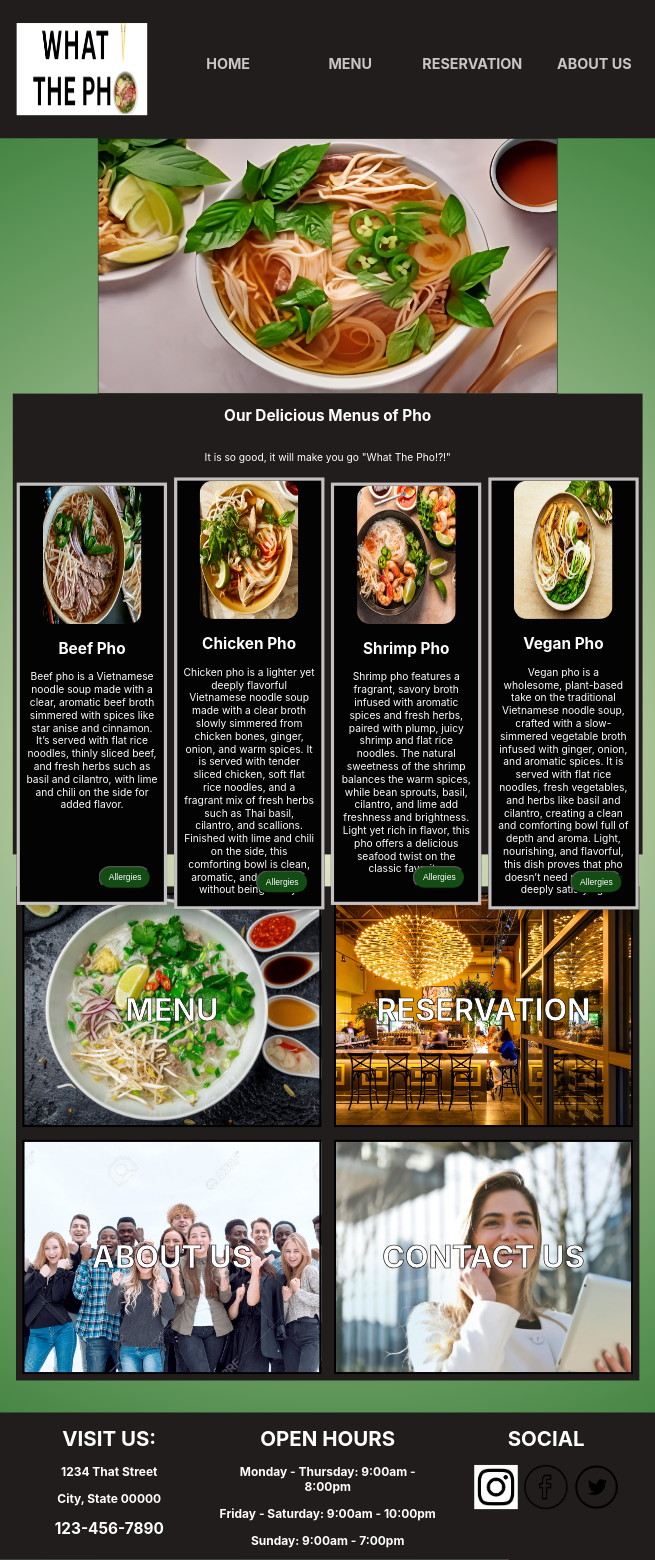
Repository: NguyenkhDang/Restaurant-Website
Page: /
These files come from the project's save history. The page is drawn as it stood at one moment and after the next save; the edit follows.
The browser window is 1024 px wide. The pictures show the whole page, at 64% of full size.
The project was rebuilt for these pictures with package versions that can differ from the ones it lists, and the page was loaded fresh each time. Also part of the build but not shown: src/Pages/MenuPage.js, src/CSS/ReservationForm.css, src/ReservationForm.js, src/Pages/ReservationPage.js, src/CSS/AboutUs.css, src/Pages/AboutUsPage.js, src/CSS/ContactUs.css, src/Pages/ContactUsPage.js.

Above is the page before, as saved 2026-01-18 23:28:59.

### src/index.js
import React from 'react';
import ReactDOM from 'react-dom/client';
import './index.css';
import App from './App';
import reportWebVitals from './reportWebVitals';
import { BrowserRouter } from "react-router-dom";


const root = ReactDOM.createRoot(document.getElementById("root"));
root.render(
  <BrowserRouter>
    <App />
  </BrowserRouter>
);

// If you want to start measuring performance in your app, pass a function
// to log results (for example: reportWebVitals(console.log))
// or send to an analytics endpoint. Learn more: https://bit.ly/CRA-vitals
reportWebVitals();

### src/App.js

import './App.css';

import NavigationBar from './NavigationBar';
import Footer from "./Footer"
import {Routes, Route} from "react-router-dom"



import HomePage from "./Pages/HomePage"
import MenuPage from "./Pages/MenuPage"
import ReservationPage from "./Pages/ReservationPage"
import AboutUsPage from "./Pages/AboutUsPage"
import ContactUsPage from "./Pages/ContactUsPage"

function App() {


  return (
    <div className="home">
      <NavigationBar />

      <Routes>
        <Route path="/" element={<HomePage />} />
        <Route path="/menu" element={<MenuPage />} />
        <Route path="/reservation" element={<ReservationPage />} />
        <Route path="/aboutUs" element={<AboutUsPage />} />
        <Route path="contactUs" element={<ContactUsPage />} />
      </Routes>

      <Footer />
  </div>
);
}

export default App;

### src/App.css
html{
  -ms-overflow-style: none;
  scrollbar-width: none;
}

.home {
  display: grid;
  margin: 0;
  padding: 0;

  background: radial-gradient(
    circle,
    rgba(245, 240, 213, 1) 0%,
    rgba(38, 115, 42, 1) 100%
  );
  place-items: center;
  text-align: center;
  color: white;
}


html::-webkit-scrollbar {
  display: none;
}

### src/NavigationBar.js
import "./CSS/NavigationBar.css"
import Logo from "./image/CustomLogo2.png"
import { Link } from "react-router-dom"
const NavigationBar = () =>{



  return (
    <div className="navbar">
      <div className="logoImage">
        <img src= {Logo} />
      </div>
      <div className="wholeNavBar">
        <ul>
          <li>
            <Link className="nav-link nav-link-fade-up" to="/">HOME</Link>
          </li>
          <li>
            <Link className="nav-link nav-link-fade-up" to="/menu">MENU</Link>
          </li>
          <li>
            <Link className="nav-link nav-link-fade-up" to="/reservation">RESERVATION</Link>
          </li>
          <li>
            <Link className="nav-link nav-link-fade-up" to="/aboutUs">ABOUT US</Link>
          </li>
        </ul>

      </div>
    </div>
  )


}

export default NavigationBar

### src/Footer.js
import "./CSS/Footer.css"
import InstagramIcon from "./image/instagramIcon.png"
import FacebookIcon from "./image/facebookIcon.png"
import TwitterIcon from "./image/twitterIcon.png"
const Footer = () =>{

  return(
    <div className="footer">
      <div>
        <h1>VISIT US:</h1>
        <h3>1234 That Street</h3>
        <h3>City, State 00000</h3>

        <h2>123-456-7890</h2>
      </div>
      <div>
        <h1>OPEN HOURS</h1>
        <h3>Monday - Thursday: 9:00am - 8:00pm</h3>
        <h3>Friday - Saturday: 9:00am - 10:00pm</h3>
        <h3>Sunday: 9:00am - 7:00pm</h3>
      </div>
      <div>
        <h1>SOCIAL</h1>
        <a href="https://www.instagram.com/" target="_blank"><img src={InstagramIcon}/></a>
        <a href="https://www.facebook.com/" target="_blank"><img src={FacebookIcon}/></a>
        <a href="https://x.com/" target="_blank"><img src={TwitterIcon}/></a>
      </div>

    </div>
  )

}

export default Footer

### src/Pages/HomePage.js
import BackgroundImage from "../image/pho.jpg"
import BeefPho from "../image/beefPho.png"
import ChickenPho from "../image/chickenPho.jpg"
import ShrimpPho from "../image/shrimpPho.png"
import VeganPho from "../image/veganPho.jpg"

import ReadMore from "../Readmore"
import SectionContainer from "../SectionContainer"
import '../CSS/Home.css';

const HomePage = () =>{
  return(
    <>
      <img
        src={BackgroundImage}
        style={{maxWidth: "70vw", height: "auto", border: "1px solid black"}}
        alt="Pho Photo"
        />


      <div className="menu">
        <h2>Our Delicious Menus of Pho</h2>
        <p>It is so good, it will make you go "What The Pho!?!"</p>
        <div className="foodContainer">
          <div>
            <ReadMore
            image={BeefPho}
            title="Beef Pho"
            description="Beef pho is a Vietnamese noodle soup made with a clear, aromatic beef broth simmered with spices like star anise and cinnamon. It’s served with flat rice noodles, thinly sliced beef, and fresh herbs such as basil and cilantro, with lime and chili on the side for added flavor."
            allergies={[
              "Soy: hoisin sauce, soy sauce",
              "Fish: fish sauce",
              "Gluten: possible in sauces",
              "Shellfish: may be present",
              "Spices: star anise, cinnamon, cloves"
            ]}
          />

          </div>
          <div>
            <ReadMore
            image={ChickenPho}
            title="Chicken Pho"
            description="Chicken pho is a lighter yet deeply flavorful Vietnamese noodle soup made with a clear broth slowly simmered from chicken bones, ginger, onion, and warm spices. It is served with tender sliced chicken, soft flat rice noodles, and a fragrant mix of fresh herbs such as Thai basil, cilantro, and scallions. Finished with lime and chili on the side, this comforting bowl is clean, aromatic, and satisfying without being heavy."
            allergies={[
              "Soy: sauces",
              "Fish: fish sauce",
              "Spices: ginger, coriander"
            ]}
          />
          </div>
          <div>
            <ReadMore
            image={ShrimpPho}
            title="Shrimp Pho"
            description="Shrimp pho features a fragrant, savory broth infused with aromatic spices and fresh herbs, paired with plump, juicy shrimp and flat rice noodles. The natural sweetness of the shrimp balances the warm spices, while bean sprouts, basil, cilantro, and lime add freshness and brightness. Light yet rich in flavor, this pho offers a delicious seafood twist on the classic favorite."
            allergies={[
              "Shellfish: shrimp",
              "Fish: fish sauce",
              "Soy: sauces"
            ]}
          />
          </div>
          <div>
            <ReadMore
            image={VeganPho}
            title="Vegan Pho"
            description="Vegan pho is a wholesome, plant-based take on the traditional Vietnamese noodle soup, crafted with a slow-simmered vegetable broth infused with ginger, onion, and aromatic spices. It is served with flat rice noodles, fresh vegetables, and herbs like basil and cilantro, creating a clean and comforting bowl full of depth and aroma. Light, nourishing, and flavorful, this dish proves that pho doesn’t need meat to be deeply satisfying."
            allergies={[
              "Soy: tofu, sauces",
              "Gluten: possible in sauces"
            ]}
          />
          </div>
        </div>
      </div>
      <SectionContainer />
    </>
  )
}
export default HomePage

### src/CSS/NavigationBar.css
.navbar{
  background-color: rgb(34, 29, 29);
  display: grid;
  grid-template-columns: 25% 75%;
  width: 100vw;
  height: 25vh;
  padding-top: 5vh;
}
.wholeNavBar{
  height: 10vh;
}

.logoImage img{
  height: 20vh;
  width: 25vw;
  object-fit: fill;
  object-position: center;
}

ul{
  align-items: center;
  list-style-type: none;
  display: grid;
  place-items: center;
  grid-template-columns: 1fr 1fr 1fr 1fr;
  margin-top: 7vh;
}
ul li a{
  padding: none;
  font-size: 2em;
  text-align: center;
}

.nav-link {
  font-weight: bold;
  font-size: 2em;
  text-decoration: none;
  color: #ffffff;
  display: inline-block;
  position: relative;
  opacity: 0.75;
  padding-bottom: 1px;
}

.nav-link:hover {
  opacity: 1;
}

.nav-link::before {
  transition: 300ms;
  height: 5px;
  content: "";
  position: absolute;
  background-color: #c1c7cf;
}
.nav-link-fade-up::before {
  width: 100%;
  bottom: 5px;
  opacity: 0;
}

.nav-link-fade-up:hover::before {
  bottom: 0px;
  opacity: 1;
}

@media only screen and (max-width: 1025px){
  .logoImage img{
    width: 20vw;
    padding-right: 0;
  }

  .nav-link{
    font-size: 1.4em;
  }
  ul {
    padding-left: 0.5vw;
  }

}

### src/CSS/Footer.css
.footer{
  background-color: rgb(34, 29, 29);
  display: grid;
  grid-template-columns: repeat(3, 1fr);
  width: 100vw;
}

.footer img{
  width: 20%;
}

.footer a{
  margin: 0 0.5vw;
}

### src/Readmore.js
import { useState } from "react";
import "./CSS/Readmore.css"
function ReadMore({ image, title, description, allergies }) {
  const [showMore, setShowMore] = useState(false);

  return (
    <div className={`descriptionContainer ${showMore ? "isExpand ": ""}`}>
      <img src={image} style={{ width: "15vw", height: "30vh" }} alt={title} />

      <h2>{title}</h2>

      <p>
        {description}

        {showMore && (
          <ul className="list">
            {allergies.map((item, index) => (
              <li key={index}>{item}</li>
            ))}
          </ul>
        )}
      </p>

      <button className="btnShowMore" onClick={() => setShowMore(!showMore)}>
        {showMore ? "Close" : "Allergies"}
      </button>
    </div>
  );
}
export default ReadMore;

### src/SectionContainer.js
import "./CSS/SectionContainer.css"

import MenuImage from "./image/menuImage.jpg"
import ReservationImage from "./image/reservationImage.jpg"
import AboutUsImage from "./image/aboutusImage.jpg"
import ContactusImage from "./image/contactusImage.jpg"

import { Link } from "react-router-dom"
const SectionContainer = ()=>{

  return(
    <div className="containerMain">

      <Link to="/menu">
        <div style={{ backgroundImage: `url(${MenuImage})`}}>
          <h1>MENU</h1>
        </div>
      </Link>


      <Link to="/reservation">
        <div style={{ backgroundImage: `url(${ReservationImage})`}}>
          <h1>RESERVATION</h1>
        </div>
      </Link>

      <Link to="/aboutUs">
        <div style={{ backgroundImage: `url(${AboutUsImage})`}}>
          <h1>ABOUT US</h1>
        </div>
      </Link>

      <Link to="/contactUs">
        <div style={{ backgroundImage: `url(${ContactusImage})`}}>
          <h1>CONTACT US</h1>
        </div>
      </Link>
    </div>
  )
}

export default SectionContainer;

### src/CSS/Home.css
.menu {
  display: grid;
  grid-template-rows: repeat(3, 1fr);
  place-items: center;
  gap: 5px;

  width: 96vw;
  height: 100vh;
  margin: 0 2vw;

  background-color: rgb(34, 29, 29);
}

.foodContainer {
  display: grid;
  grid-template-columns: repeat(4, 1fr);
  place-items: center;
  height: auto;
  gap: 1vw;
  padding: 0;
}


#label{
  font-weight: bolder;
  font-size: 1.25em;
}

### src/CSS/Readmore.css
.descriptionContainer{
  display: block;
  width: 20vw;
  height: auto;
  min-height: 650px;
  padding-top: 2.5vh;
  position: relative;
  overflow: hidden;
  transition: all 0.5s ease-in-out;
  background-color: rgb(3, 3, 3);
  border: 5px solid rgb(197, 193, 193);
  padding: 0 1vw;
  margin-bottom: 50px ;
}
.descriptionContainer.isExpand{
  min-height: 720px;
}
.descriptionContainer img{
  width: 20%;
  height: 20%;
  border-radius: 20px;
}
.list{
  display: grid;
  grid-template-columns: repeat(1, 1fr);
}
.list li{
  height: auto;
  width: 70%;
}

.btnShowMore{
  background-color: rgb(19, 77, 19);
  position: absolute;
  bottom: 20px;
  right: 20px;
  height: 5vh;
  width: 8vw;
  border-radius: 50px ;
  color: white
}

### src/CSS/SectionContainer.css
.containerMain{
  display: grid;
  background-color: rgb(34, 29, 29);
  grid-template-columns: repeat(2, 1fr);
  grid-template-rows: repeat(2, 1fr);
  margin-top: 50px;
  margin-bottom: 50px;
}

.containerMain div{
  display: flex;
  justify-content: center;
  align-items: center;
  text-align: center;
  width: 45vw;
  height: 50vh;
  margin: 10px;

  background-size: cover;
  background-position: center;
  background-repeat: no-repeat;

  border: 3px solid black;
}
.containerMain a{
  font-weight: bold;
  text-decoration: none;
  font-size: 1.5em;
  color: white;
  -webkit-text-stroke: 1px black;

}
.containerMain a:hover h1{
  background-color: rgb(185, 185, 185);
  opacity: 0.6;
}
.containerMain a:hover{
  opacity: 0.5;
}

Loaded but not shown: public/index.html (common file); src/index.css (common file); src/reportWebVitals.js (common file)

After the next save:
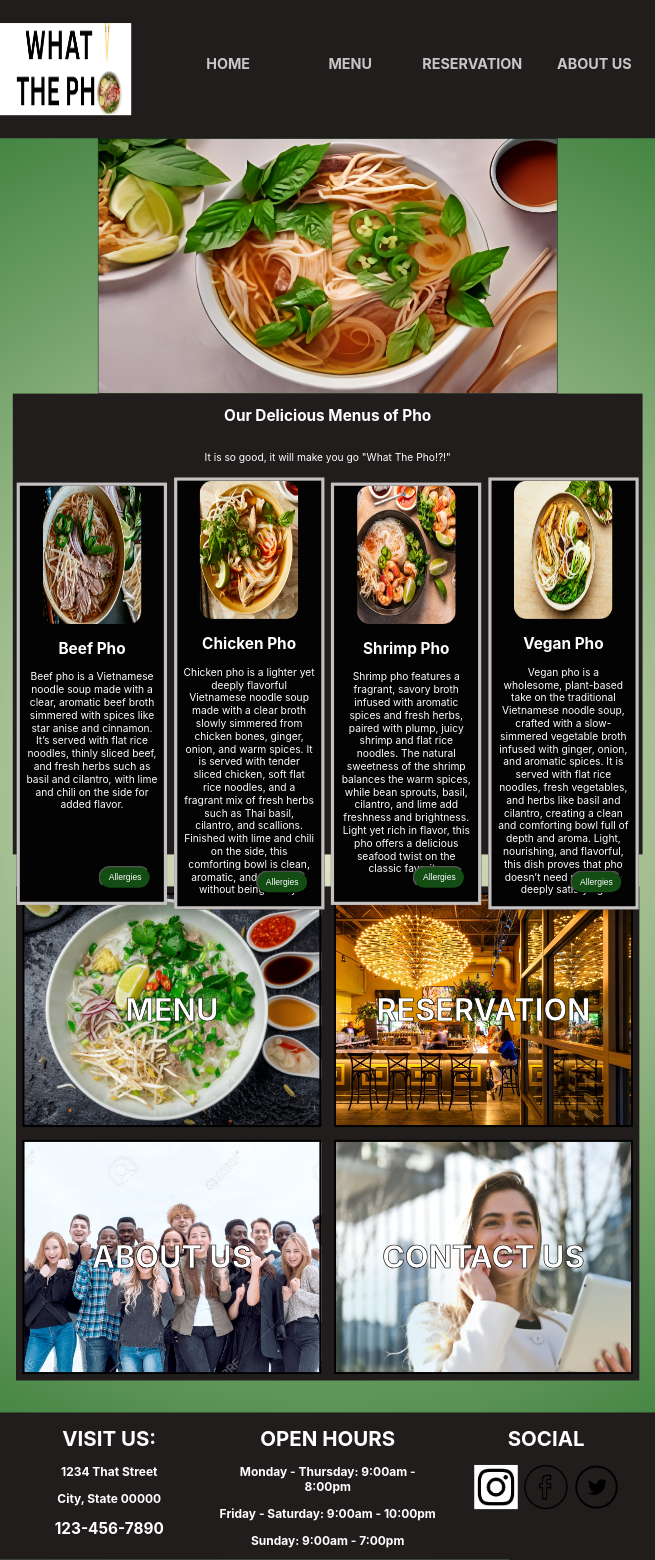
Saved 12 s later.
--- a/src/CSS/NavigationBar.css
+++ b/src/CSS/NavigationBar.css
@@ -67,7 +67,7 @@ ul li a{
 @media only screen and (max-width: 1025px){
   .logoImage img{
     width: 20vw;
-    padding-right: 0;
+    padding-right: 110px;
   }
 
   .nav-link{

After the 2 saves that followed:
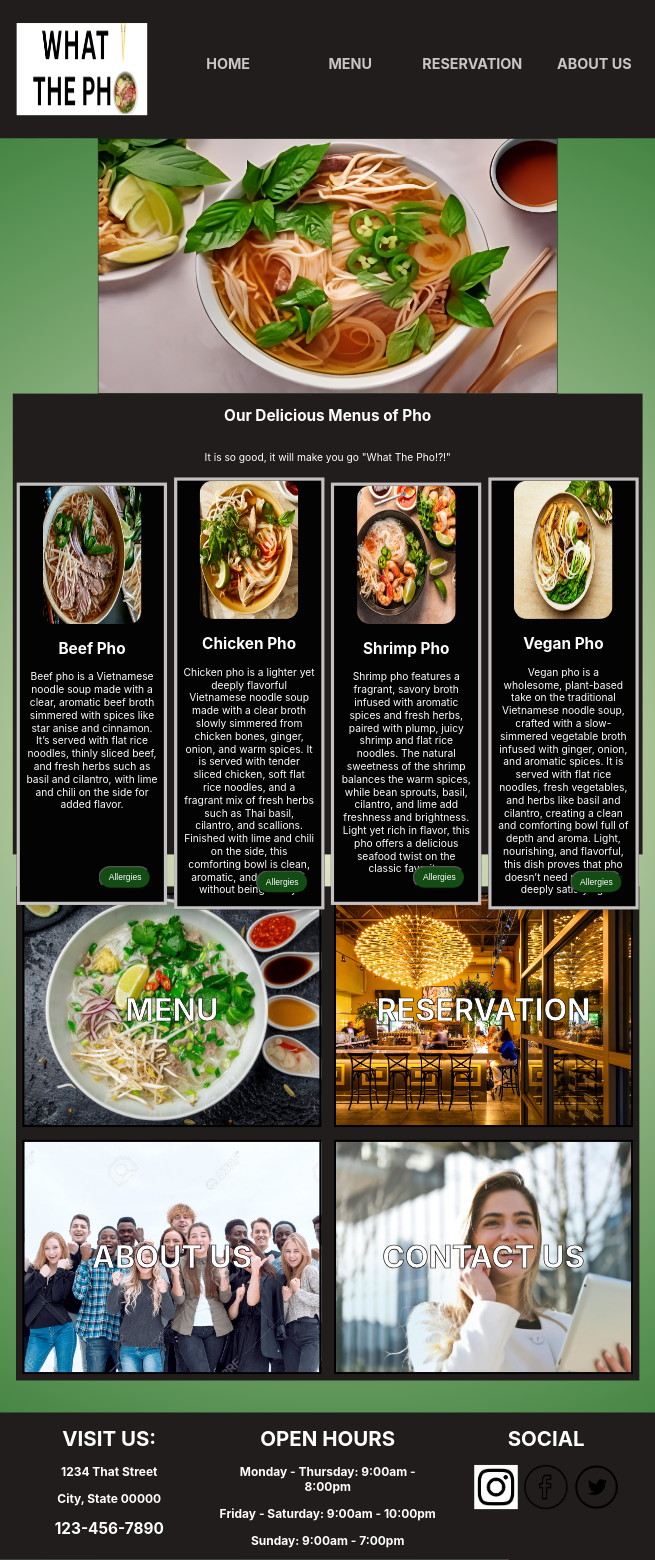
The 2 saves are shown as one change because 1 left the picture as it was.
The last was saved 46 s later.
--- a/src/CSS/NavigationBar.css
+++ b/src/CSS/NavigationBar.css
@@ -67,7 +67,6 @@ ul li a{
 @media only screen and (max-width: 1025px){
   .logoImage img{
     width: 20vw;
-    padding-right: 110px;
   }
 
   .nav-link{
